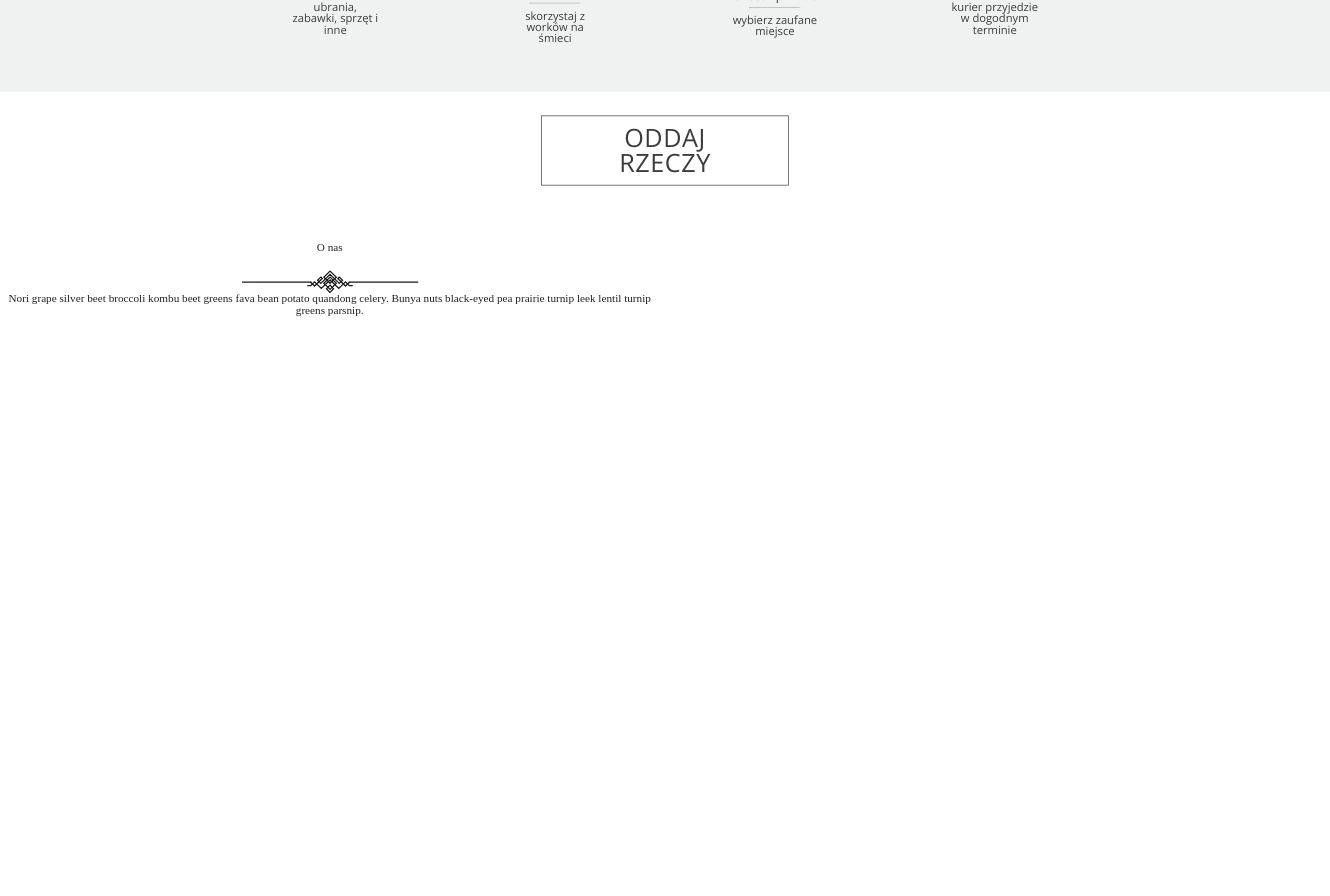
Repository: tomekwoojcik/oddam-w-dobre-rence
Page: /
An editor plug-in stored every save of this project. The page is shown before and after a run of saves, followed by the edit.
The browser window is 1280 px wide. The page is 1900 px wide, so the pictures cover 1900 px, including what lies to the right of the window. The pictures show the part of the page from y = 1720 to 3000 px (the page is 3000 px tall), at 70% of full size.
The project was rebuilt for these pictures with package versions that can differ from the ones it lists, and the page was loaded fresh each time. Also part of the build but not shown: src/pages/logIn/logIn.js, src/pages/register/register.js.

Above is the page before, as saved 2022-12-08 09:03:35.

After the next 2 saves:
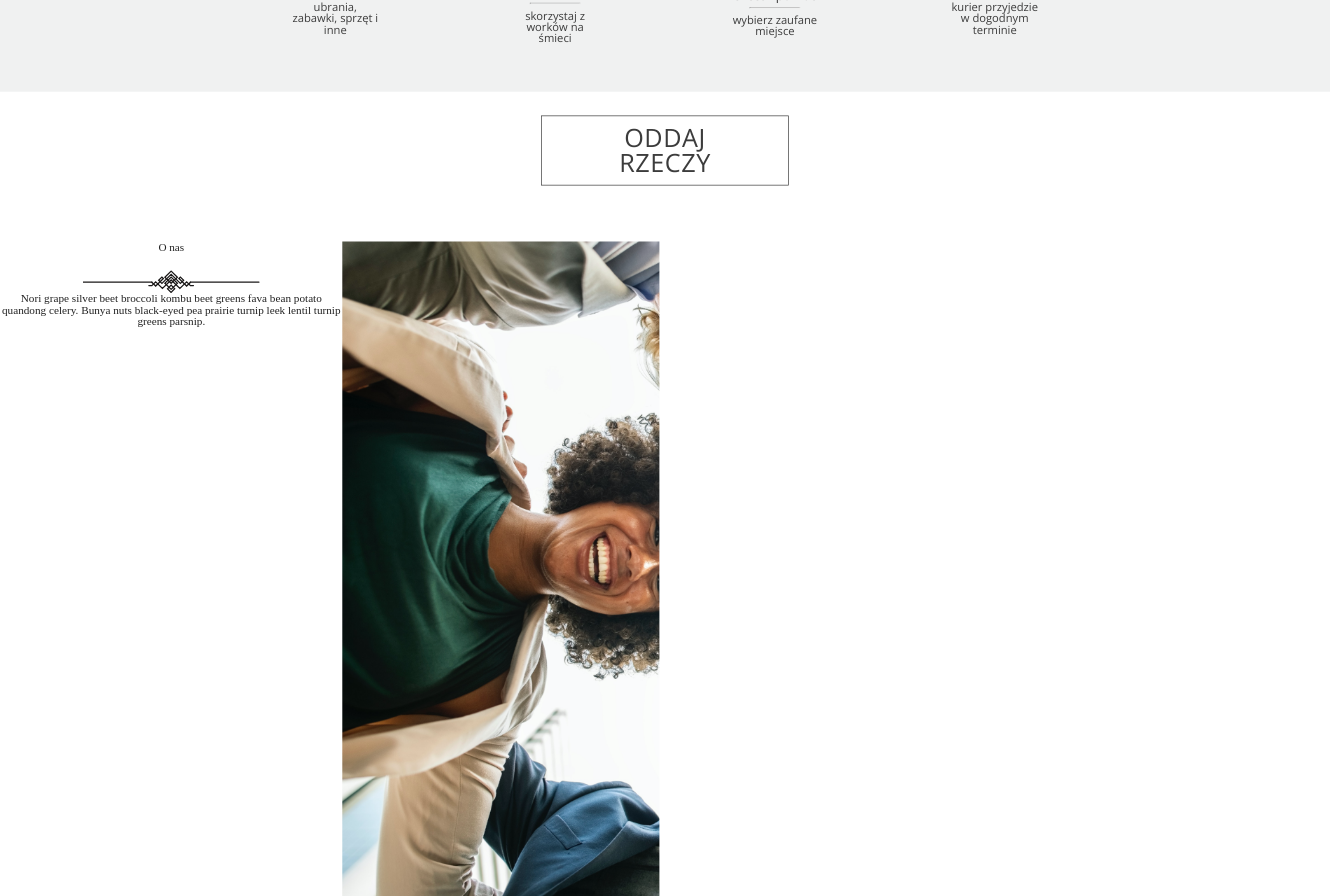
The 2 saves are shown as one change because 1 did not build or start.
The last was saved 2 min 18 s later.
--- a/src/components/atoms/aboutUsImg/_aboutUsImg.scss
+++ b/src/components/atoms/aboutUsImg/_aboutUsImg.scss
@@ -1,4 +1,5 @@
 .aboutUsImg{
     background-image: url('../../../assets/People.png');
+    width: 942px;
 
 }
